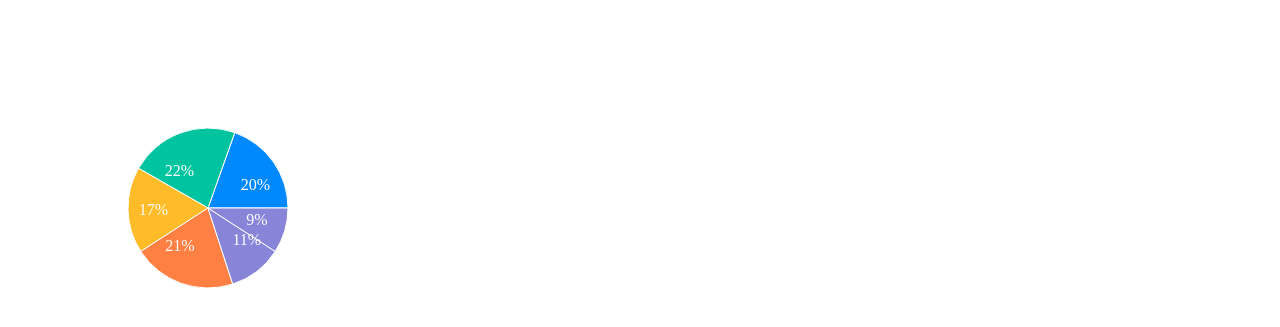
Repository: sagarjain738/test
Page: /
An editor plug-in stored every save of this project. The page is shown before and after the next save, followed by the edit.
The browser window is 1280 px wide. The pictures show the whole page.
The project was rebuilt for these pictures with package versions that can differ from the ones it lists, and the page was loaded fresh each time. Also part of the build but not shown: vite.config.js, src/App.css, src/components/FirstChart.jsx, src/components/SecondData.jsx, src/index.css.

Above is the page before, as saved 2024-01-20 19:30:36.

After the next save:
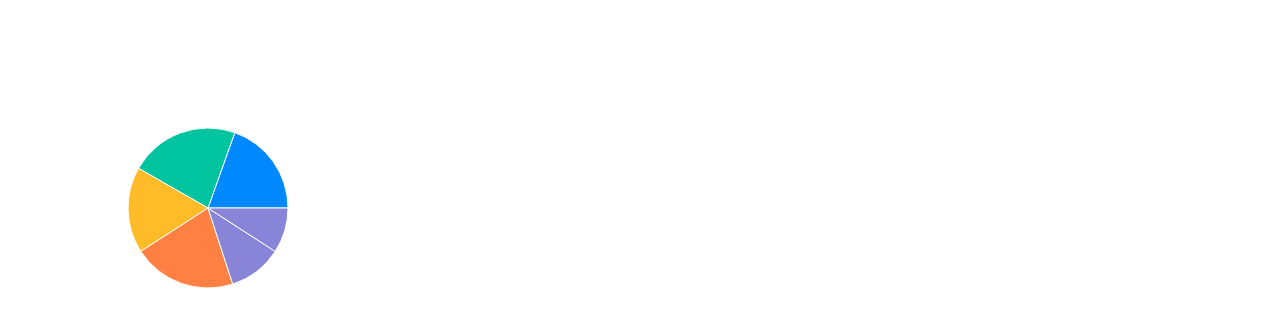
Saved 2 min 29 s later.
--- a/src/components/PieChart.jsx
+++ b/src/components/PieChart.jsx
@@ -44,7 +44,7 @@
         cx="50%"
         cy="50%"
         labelLine={false}
-        label={renderCustomizedLabel}
+        label={records.name}
         outerRadius={80}
         fill="#8884d8"
         dataKey="total"

After the 2 saves that followed:
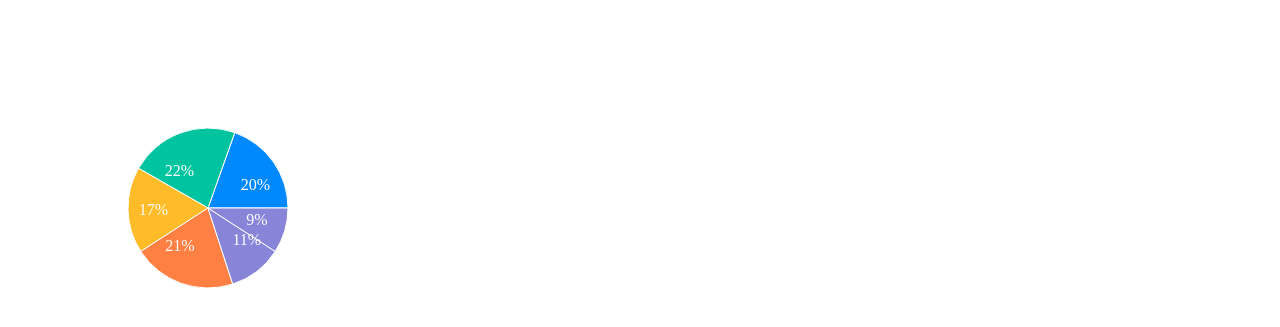
The 2 saves are shown as one change because 1 left the picture as it was.
The last was saved 18 s later.
--- a/src/components/PieChart.jsx
+++ b/src/components/PieChart.jsx
@@ -44,7 +44,7 @@
         cx="50%"
         cy="50%"
         labelLine={false}
-        label={records.name}
+        label={renderCustomizedLabel}
         outerRadius={80}
         fill="#8884d8"
         dataKey="total"
